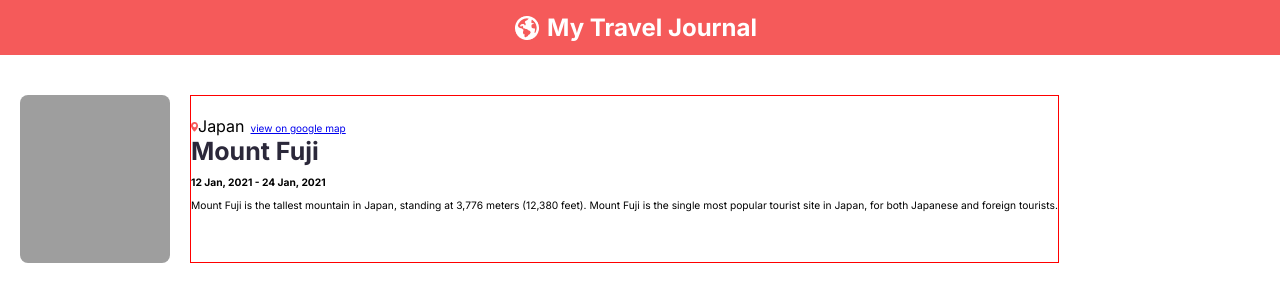
Repository: Richswag009/my-travel-journal
Page: /
The author's editor kept a copy of each file at every save. The page is drawn from the files as they stood at one save, then again after the next save.
The browser window is 1280 px wide. The pictures show the whole page.
Pictures or frames that could not be fetched are drawn as grey boxes. The project was rebuilt for these pictures with package versions that can differ from the ones it lists, and the page was loaded fresh each time. Also part of the build but not shown: src/component/Card.js.

Above is the page before, as saved 2022-06-18 14:46:12.

After the next save:
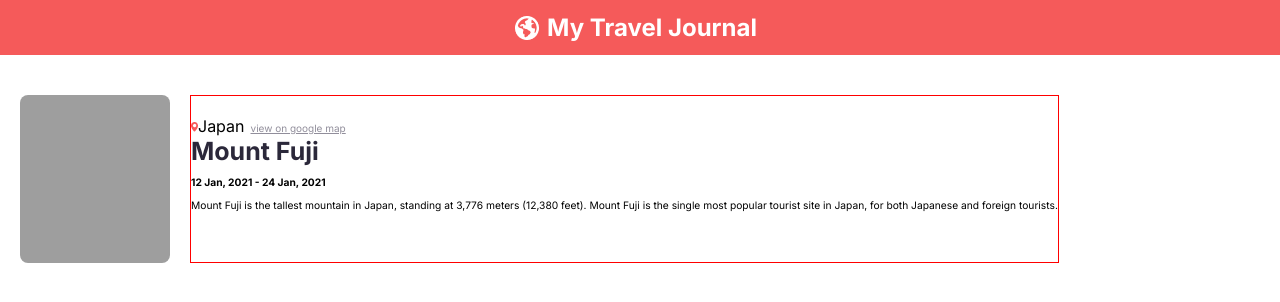
Saved 34 s later.
--- a/src/App.css
+++ b/src/App.css
@@ -28,8 +28,10 @@ nav>h1{
     line-height: 12px;
     letter-spacing: 0em;
     text-align: left;
+
+}
+.card-map-link a{
     color: #918E9B;
-
 }
 .card-image{
     width:150px ;
